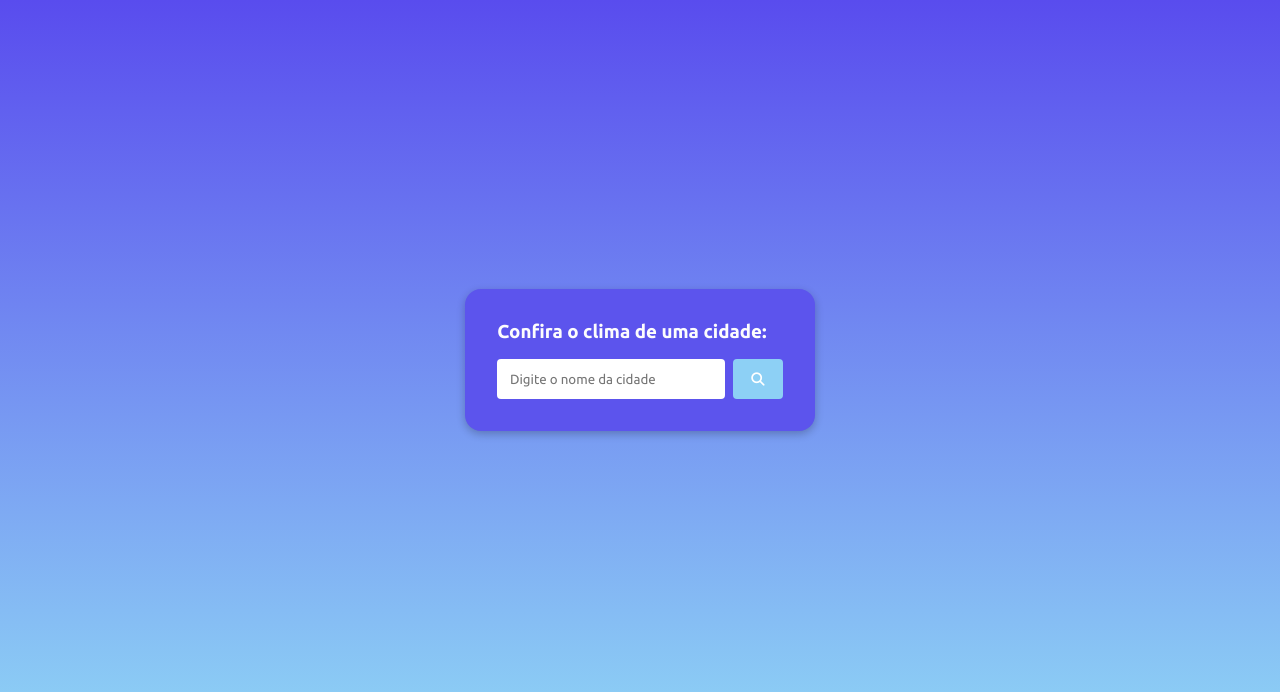
Repository: willamesalmeida/Clima
Page: index.html
These files come from the project's save history. The page is drawn as it stood at one moment and after the next save; the edit follows.
The browser window is 1280 px wide. The pictures show the whole page.

Above is the page before, as saved 2022-09-27 17:58:22.

### index.html
<!DOCTYPE html>
<html lang="en">
  <head>
    <meta charset="UTF-8" />
    <meta http-equiv="X-UA-Compatible" content="IE=edge" />
    <meta name="viewport" content="width=device-width, initial-scale=1.0" />
    <title>Clima</title>
    <link rel="stylesheet" href="css/styles.css" />
    <!-- Google Fonts -->
    <link rel="preconnect" href="https://fonts.googleapis.com" />
    <link rel="preconnect" href="https://fonts.gstatic.com" crossorigin />
    <link
      href="https://fonts.googleapis.com/css2?family=Roboto+Flex:opsz,wght@8..144,400;8..144,500&family=Roboto:ital,wght@0,100;0,300;0,400;0,500;0,700;0,900;1,100;1,300;1,400;1,500;1,700;1,900&family=Ubuntu:ital,wght@0,300;0,400;0,500;0,700;1,300;1,400;1,500;1,700&display=swap"
      rel="stylesheet"
    />
    <!-- Font Awesome -->
    <link
      rel="stylesheet"
      href="https://cdnjs.cloudflare.com/ajax/libs/font-awesome/6.2.0/css/all.min.css"
      integrity="sha512-xh6O/CkQoPOWDdYTDqeRdPCVd1SpvCA9XXcUnZS2FmJNp1coAFzvtCN9BmamE+4aHK8yyUHUSCcJHgXloTyT2A=="
      crossorigin="anonymous"
      referrerpolicy="no-referrer"
    />

  </head>
  <body>
    <div class="container">
      <div class="form">
        <h3>Confira o clima de uma cidade:</h3>
        <div class="form-input-container">
          <input
          type="text"
          placeholder="Digite o nome da cidade"
          id="city-input"
          />
          <button id="search" class="Willames">
            <i class="fa-solid fa-magnifying-glass"></i>
          </button>
        </div>
      </div>
      <div id="weather-data" class="hide">
        <h2>
          <i class="fa-solid fa-location-dot"></i>
          <span id="city"></span>
          <img src="" alt="Bandeira do país" id="country" />
        </h2>
        <p id="temperature"><span></span>&deg;C</p>
        <div id="description-container">
          <p id="description"></p>
          <img src="" alt="Condições do tempo" id="weather-icon" />
        </div>
        <div id="details-container">
          <p id="humidity">
            <i class="fa-solid fa-droplet"></i>
            <span></span>
          </p>
          <p id="wind">
            <i class="fa-solid fa-wind"></i>
            <span></span>
          </p>
        </div>
      </div>
    </div>
    <script src="js/script.js"></script>
  </body>
  </html>

### css/styles.css
/* Geral */
*{
    padding: 0;
    margin: 0;
    font-family: "ubuntu", sans-serif;
}

body{
    background: linear-gradient(180deg, rgba(89,76,238,1) 0%, #8dd0f5 100%);
    display: flex;
    justify-content: center;
    align-items: center;
    height: 100vh;
}
.hide{
    display: none;
}

.container{
    background-color: #5c54ed;
    box-shadow: rgba(0,0,0,0.24) 0px 3px 8px;
    padding: 2rem;
    color: #fdfdfd;
    border-radius: 1rem;
}

/* formulario */
.form h3{
    margin-bottom: 1rem;
}
.form-input-container{
    display: flex;
}
.form input{
    padding: 0.8rem;
    border:none;
    flex: 1;
    border-radius: 4px;

}

.form button{
    padding: 0.8rem;
    min-width: 50px;
    margin-left: 8px;
    background-color: #8dd0f5;
    color: #fff;
    border: none;
    border-radius: 4px;
    cursor: pointer;
}

/* Clima */
#weather-data{
    border-top: 1px solid #fff ;
    margin-top: 1.5rem;
    padding-top: 1.5rem;
    text-align: center;
}

#weather-data h2 {
    display: flex;
    justify-content: center;
    align-items: center;
    margin-bottom: 0.6rem;
}
#weather-data h2 i{
    font-size: 1rem;
}
#weather-data span{
 margin: 0.6rem;
}
#country{
    height: 15px;
}
#description-container {
    display: flex;
    justify-content: center;
    align-items: center;
    margin: 0.6rem 0;
}
#description {
    font-weight: bold;
    text-transform: capitalize;
}
#details-container{
    display: flex;
    justify-content: center;
    align-items: center;
}

#details-container #humidity{
    border-right:1px solid #ffff;
    margin: 0.6rem;
    padding: 0.6rem;
}


#loading {
    width: 2rem;
    height: 2rem;
    border: 5px solid #f3f3f3;
    border-top: 6px solid #9c41f2;
    border-radius: 100%;
    margin: auto;
    visibility: hidden;
    animation: spin 1s infinite linear;
}
#loading.display {
    visibility: visible;
}
@keyframes spin {
    from {
        transform: rotate(0deg);
    }
    to {
        transform: rotate(360deg);
    }
}

### js/script.js

//Variaveis e Seleção de elementos
const apiKey = "f5efb8fb1dbd3febf146ae616cdf96b5"
const apiContryURL = "https://countryflagsapi.com/png/";

const cityInput = document.querySelector("#city-input");
var searchBtn = document.querySelector("#search");

const cityElement = document.querySelector("#city");
const countryIconElement = document.querySelector("#country")
const tempElement = document.querySelector("#temperature span");
const descripElement = document.querySelector("#description");
const weatherIconElement = document.querySelector("#weather-icon")
const humidityIconElement = document.querySelector("#humidity span")
const windIconElement = document.querySelector("#wind span");

const weatherContainer = document.querySelector("#weather-data")


//Funções
const getWeatherData = async(city) => {
    const apiWeatherURL = `https://api.openweathermap.org/data/2.5/weather?q=${city}&units=metrica&appid=${apiKey}&lang=pt_br`;
    displayLoading()
    const res = await fetch(apiWeatherURL)
    const data = await res.json();
    return data
}

const showWeatherData = async (city) => {
    const data = await getWeatherData(city);
    cityElement.innerText = data.name;
    tempElement.innerText = parseInt(data.main.temp);
    descripElement.innerText = data.weather[0].description;
    weatherIconElement.setAttribute("src", `http://openweathermap.org/img/wn/${data.weather[0].icon}.png`);
    countryIconElement.setAttribute("src",apiContryURL + data.sys.country);
    humidityIconElement.innerText = `${data.main.humidity}%`;
   windIconElement.innerText = `${data.wind.speed} km/h`
    weatherContainer.classList.remove("hide")
}


document.querySelector("#loading");

// showing loading
function displayLoading() {
    loader.classList.add("display");
    // to stop loading after some time
    setTimeout(() => {
        loader.classList.remove("display");
    }, 5000);
}

// hiding loading
function hideLoading() {
    loader.classList.remove("display");
}

//Eventos
searchBtn.addEventListener('click', (e) => {

    e.preventDefault();

    const city = cityInput.value
    showWeatherData(city)
}
)
cityInput.addEventListener("keyup", (e) => {
    if(e.code === "Enter"){
        const city = e.target.value
        showWeatherData(city)
    }
})

After the next save:
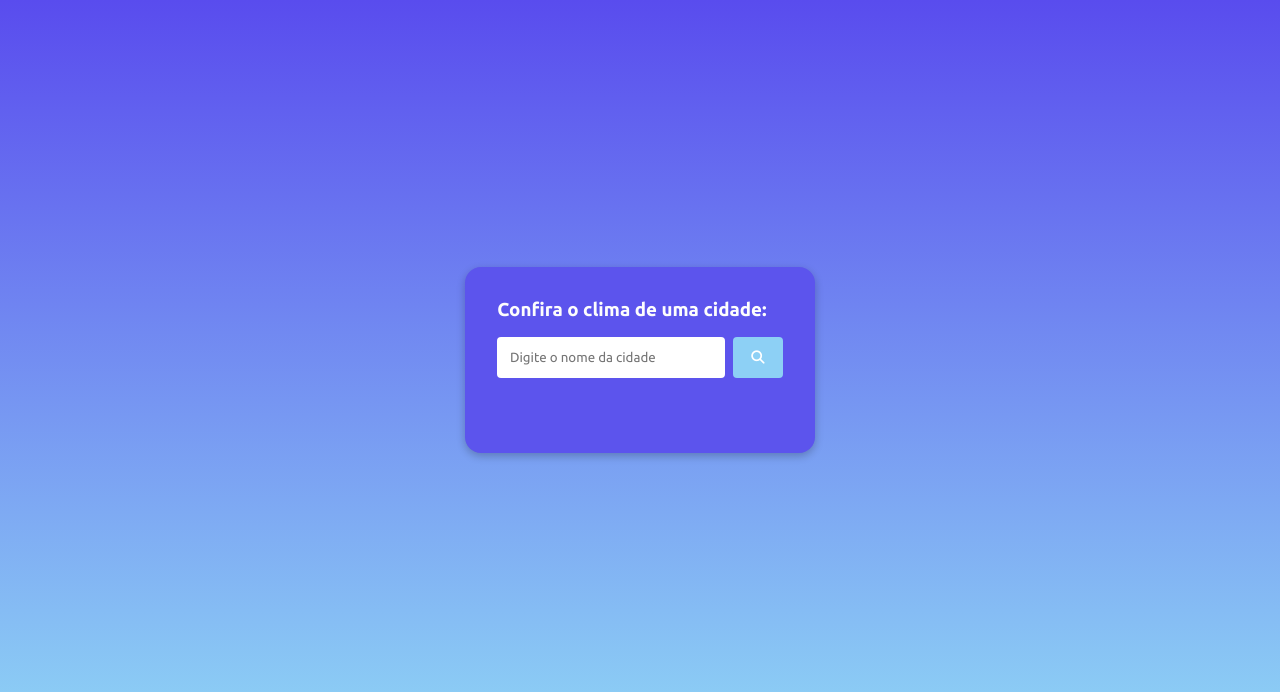
Saved 47 s later.
--- a/index.html
+++ b/index.html
@@ -60,6 +60,7 @@
           </p>
         </div>
       </div>
+      <div id="loading"></div>
     </div>
     <script src="js/script.js"></script>
   </body>
